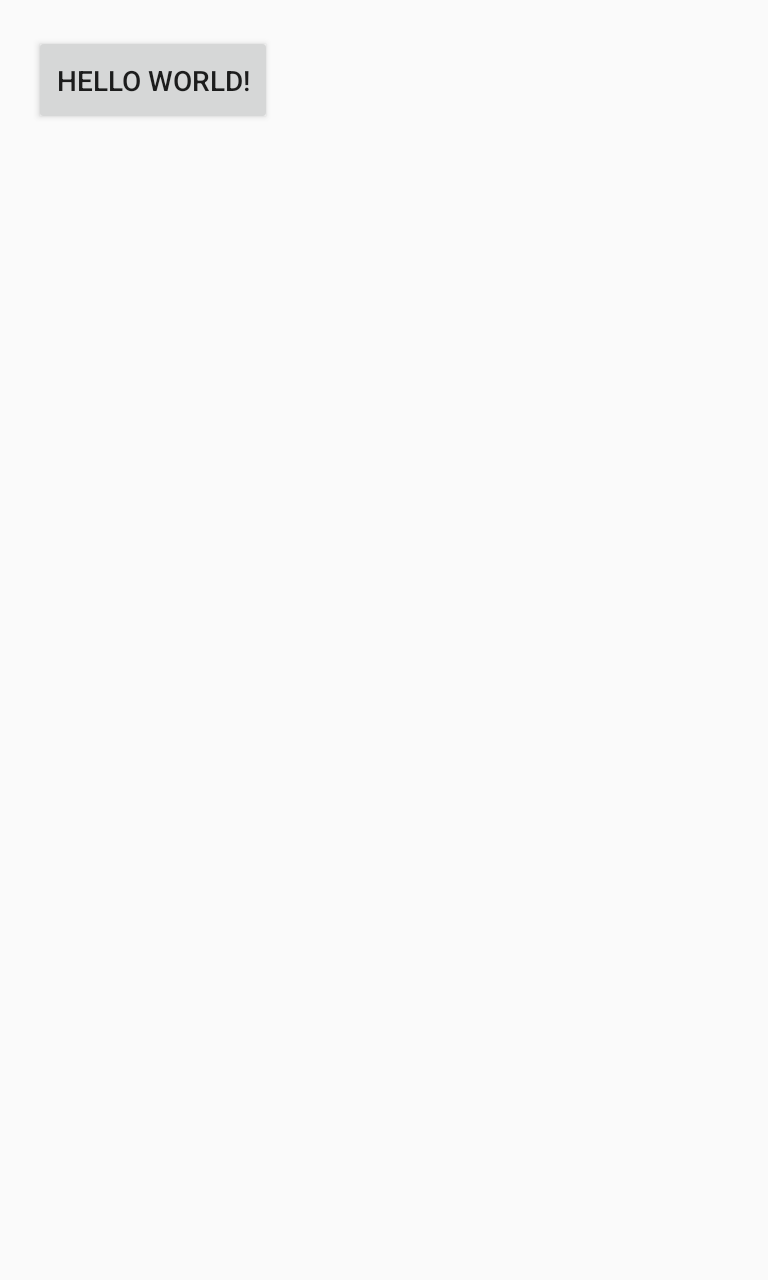
Repository: apoorvelec/AndroidApps
Layout: Gymdroid/res/layout/activity_main.xml
These files come from the project's save history. The layout is drawn as it stood at one moment and after the next save; the edit follows.
It is drawn on a 768 x 1280 px phone screen (xhdpi) without system bars, with theme AppTheme; the app's code is not run.

Above is the layout before, as saved 2016-07-16 19:36:00.

After the next save:
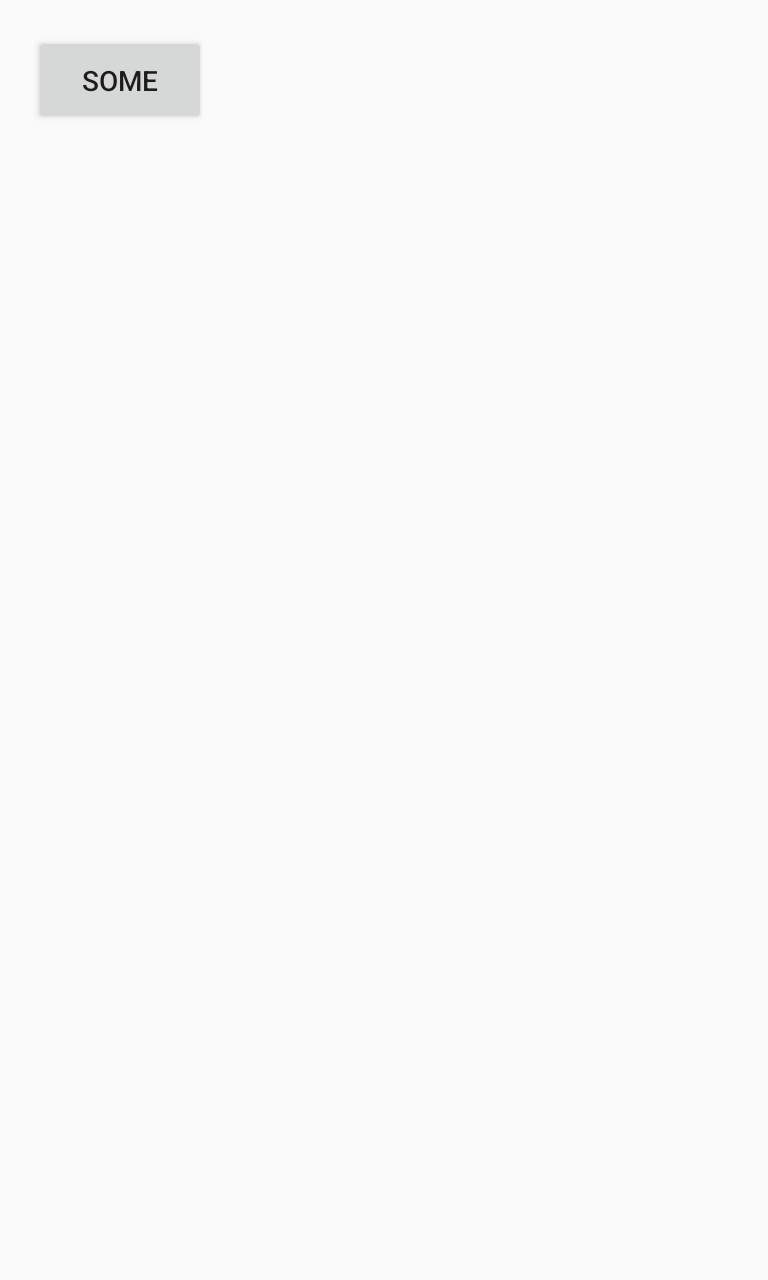
Saved 30 s later.
--- a/Gymdroid/res/layout/activity_main.xml
+++ b/Gymdroid/res/layout/activity_main.xml
@@ -12,7 +12,7 @@
         android:id="@+id/Monday"
         android:layout_width="wrap_content"
         android:layout_height="wrap_content"
-        android:text="@string/hello_world"
+        android:text="some"
         />
 
 
